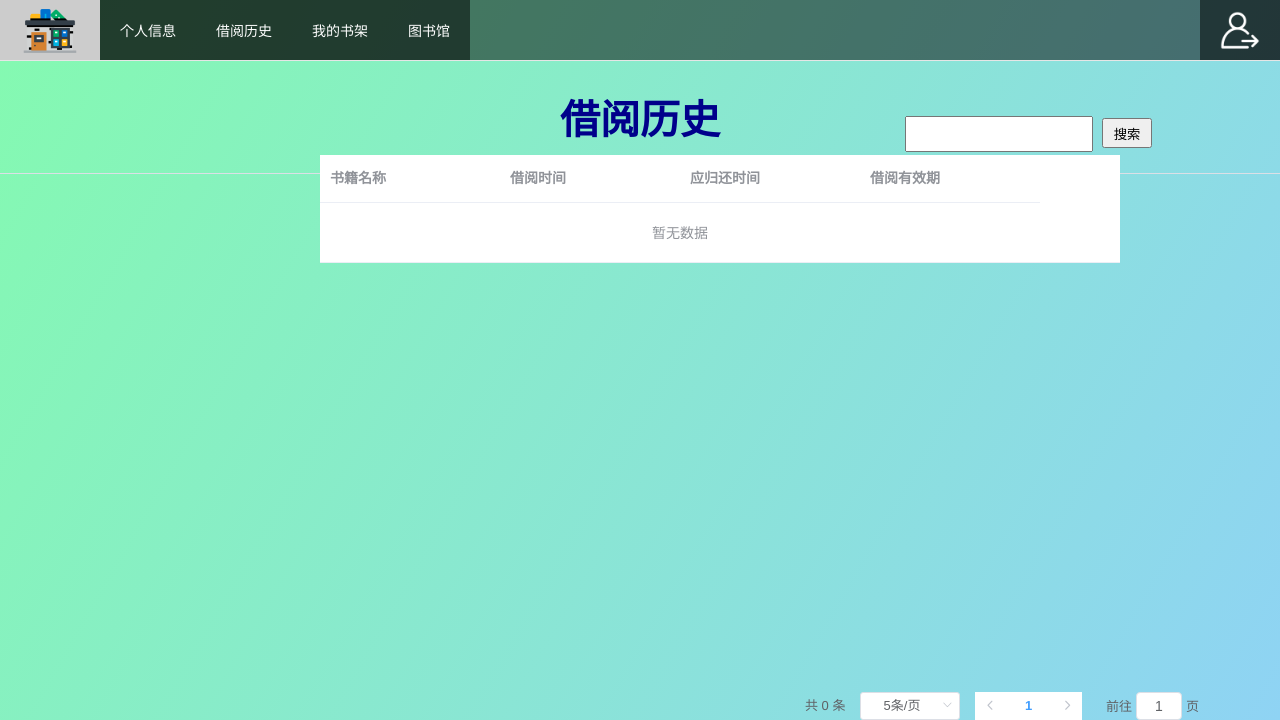
Repository: Akron-xz/helloVue
Page: /#/borrowhistory (app in vue-library/)
The author's editor kept a copy of each file at every save. The page is drawn from the files as they stood at one save, then again after the next save.
The browser window is 1280 px wide. The pictures show the whole page.
The project was rebuilt for these pictures with package versions that can differ from the ones it lists, and the page was loaded fresh each time. Also part of the build but not shown: vue-library/src/components/homeNav.vue, vue-library/src/views/Home.vue.

Above is the page before, as saved 2020-11-24 23:20:50.

After the next save:
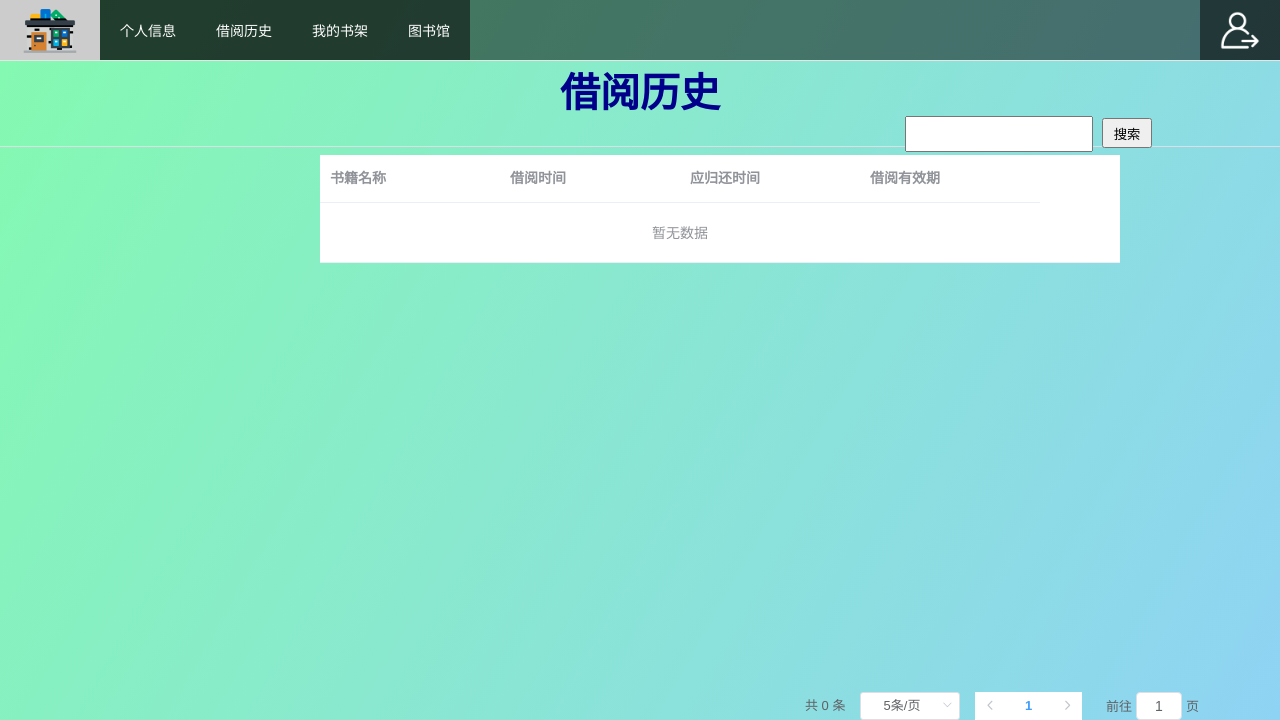
Saved 56 s later.
--- a/vue-library/src/views/BorrowHistory.vue
+++ b/vue-library/src/views/BorrowHistory.vue
@@ -138,6 +138,7 @@ import userNavigation from '@/components/userNav.vue'
         background-image: linear-gradient(120deg, #84fab0 0%, #8fd3f4 100%);
 }
 .history-title{
+  margin-top: 0px;
   font-size: 40px;
   color: darkblue;
 }
